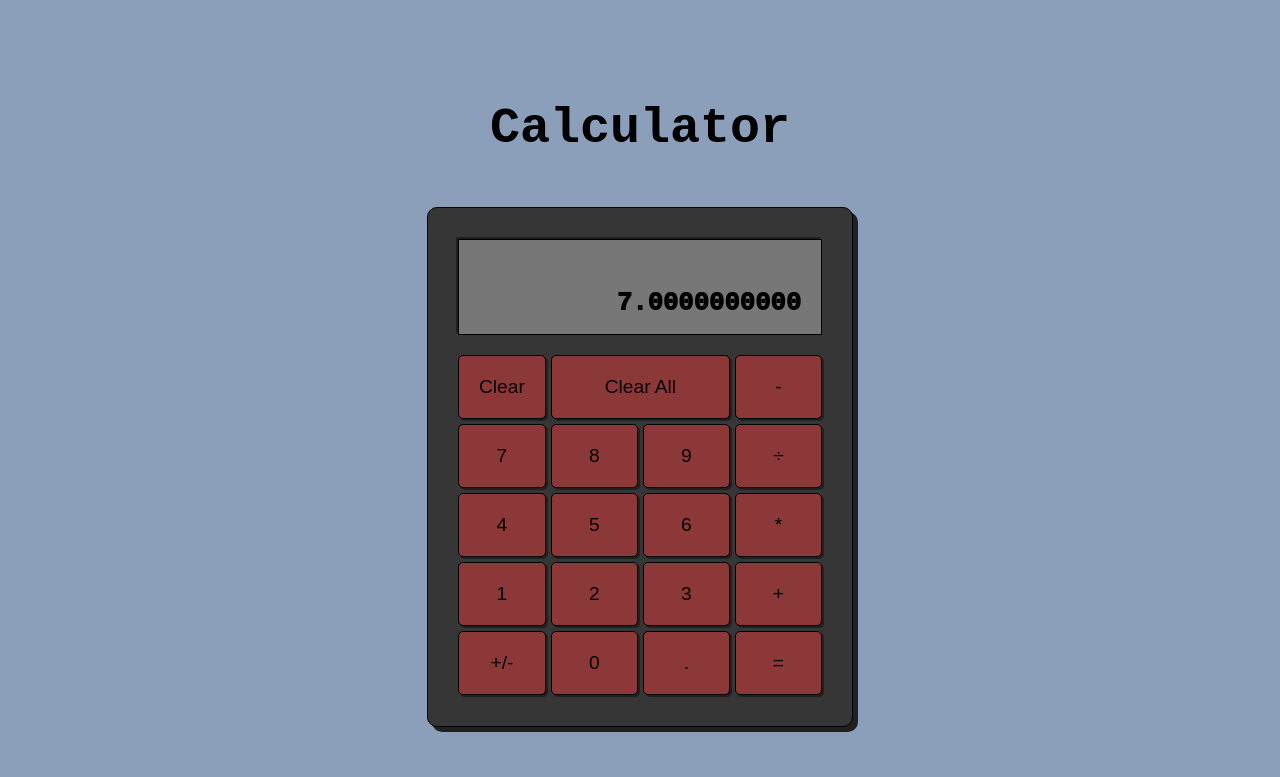
Repository: destonedbob/odinproject-calculator
Page: index.html
These files come from the project's save history. The page is drawn as it stood at one moment and after the next save; the edit follows.
The browser window is 1280 px wide. The pictures show the whole page.
After loading, the first visible `#seven` was clicked once.

Above is the page before, as saved 2024-05-22 19:47:13.

After the next save:
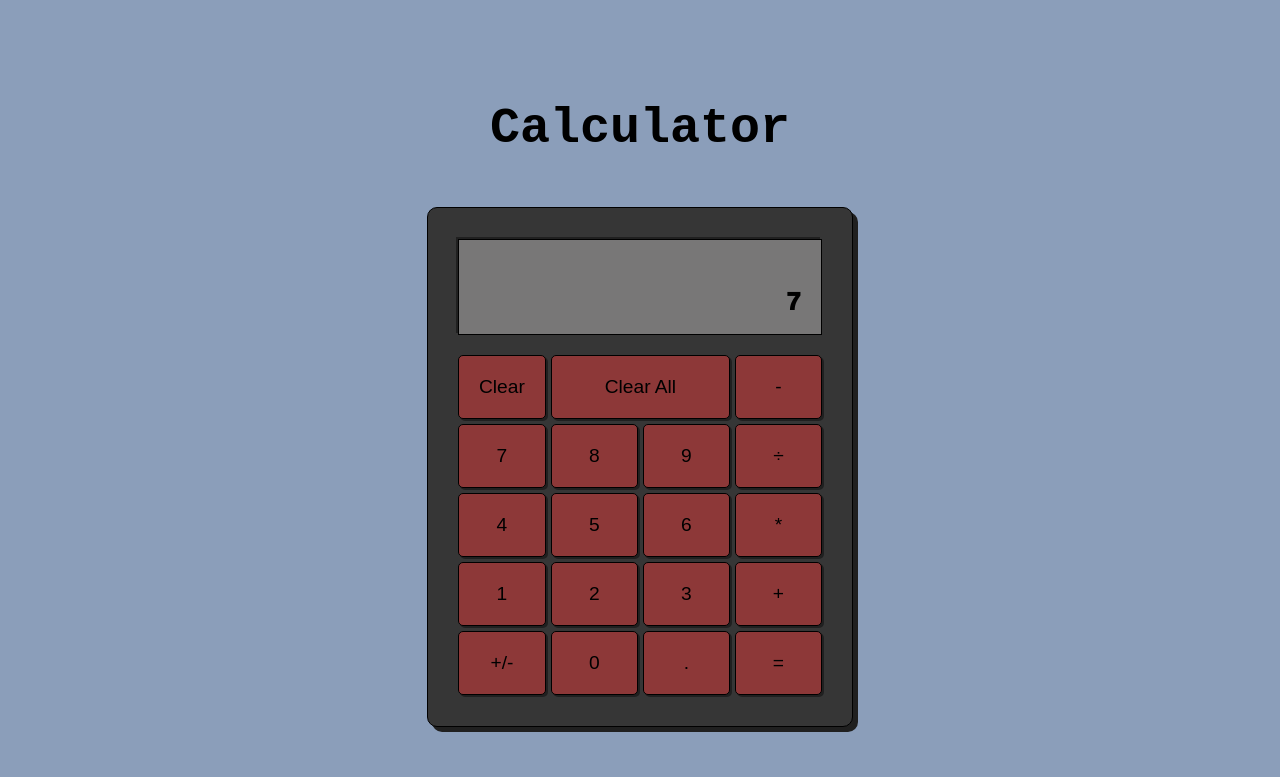
Saved 15 s later.
--- a/script.js
+++ b/script.js
@@ -53,7 +53,7 @@ function handleNumber(event) {
     console.log(currNum)
     console.log(subNumber)
 
-    updateDisplay(Number(subNumber).toFixed(10));
+    updateDisplay(roundToMax10DecimalPlaces(Number(subNumber)));
     prevIsNumber = true;
     prevIsCancel = false;
     prevIsEqual = false;
